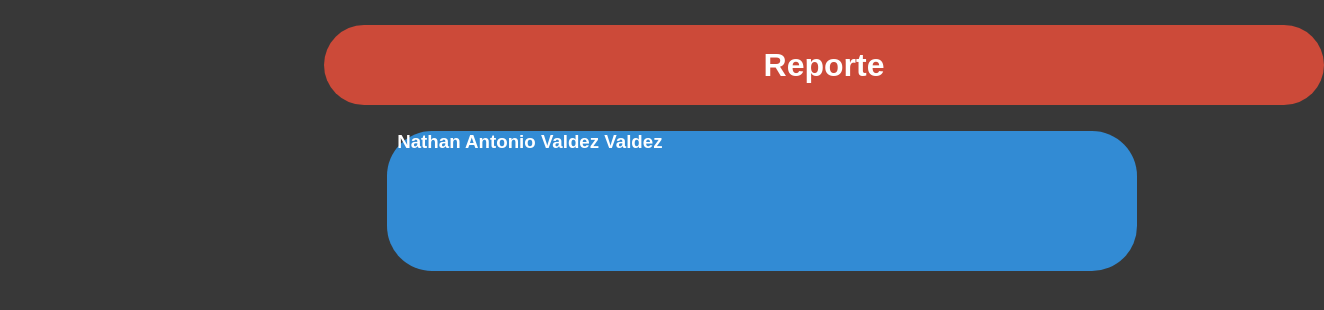
Repository: nathanvdev/LFP_PR_202001568
Page: plantilla.html
An editor plug-in stored every save of this project. The page is shown before and after the next save, followed by the edit.
The browser window is 1280 px wide. The page is 1324 px wide, so the pictures cover 1324 px, including what lies to the right of the window. The pictures show the whole page.

Above is the page before, as saved 2022-02-19 18:51:14.

### plantilla.html

<!DOCTYPE html>
<html lang="en">
<head>
    <meta charset="UTF-8">
    <meta http-equiv="X-UA-Compatible" content="IE=edge">
    <meta name="viewport" content="width=device-width, initial-scale=1.0">
    <title>Document</title>
</head>
<style>
    body{
        font-family: sans-serif;
    }
    .titlebox{
        background-color: rgb(204, 74, 57);
        height: 80px;
        width: 1000px;
        margin: 2%;
        margin-left: 25%;
        border-radius: 45px;


        display: flex;
        justify-content: center;
    }
    .PersonalInfo{
        background-color: rgb(50, 139, 212);
        height: 140px;
        width: 750px;
        margin: 2%;
        margin-left: 30%;
        border-radius: 45px;

    }
</style>
<body style="background-color: rgb(56, 56, 56);">
    <div class="titlebox">
        <h1 style="color: white;">Reporte</h1>
    </div>
    <div class="PersonalInfo">
        <h3 style="color: white; padding-left: 10px;">
            Nathan Antonio Valdez Valdez
        </h3>
    </div>
</body>
</html>

After the next save:
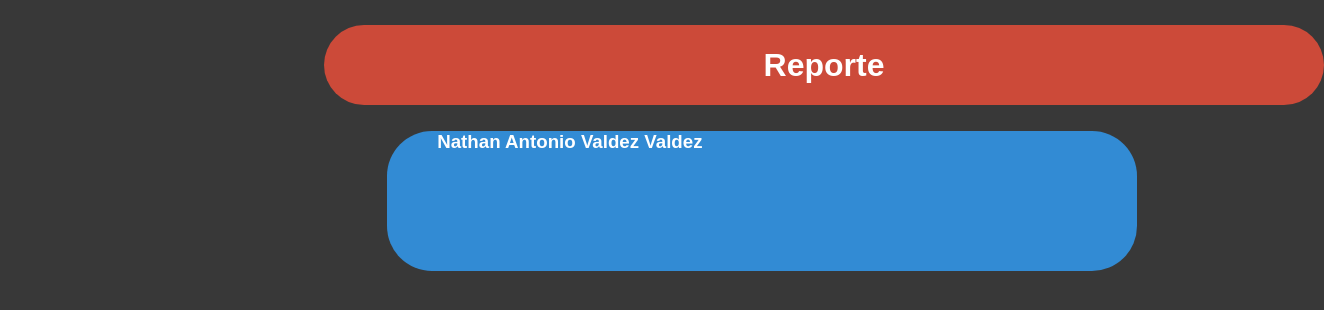
Saved 4 s later.
--- a/plantilla.html
+++ b/plantilla.html
@@ -38,7 +38,7 @@
         <h1 style="color: white;">Reporte</h1>
     </div>
     <div class="PersonalInfo">
-        <h3 style="color: white; padding-left: 10px;">
+        <h3 style="color: white; padding-left: 50px;">
             Nathan Antonio Valdez Valdez
         </h3>
     </div>
